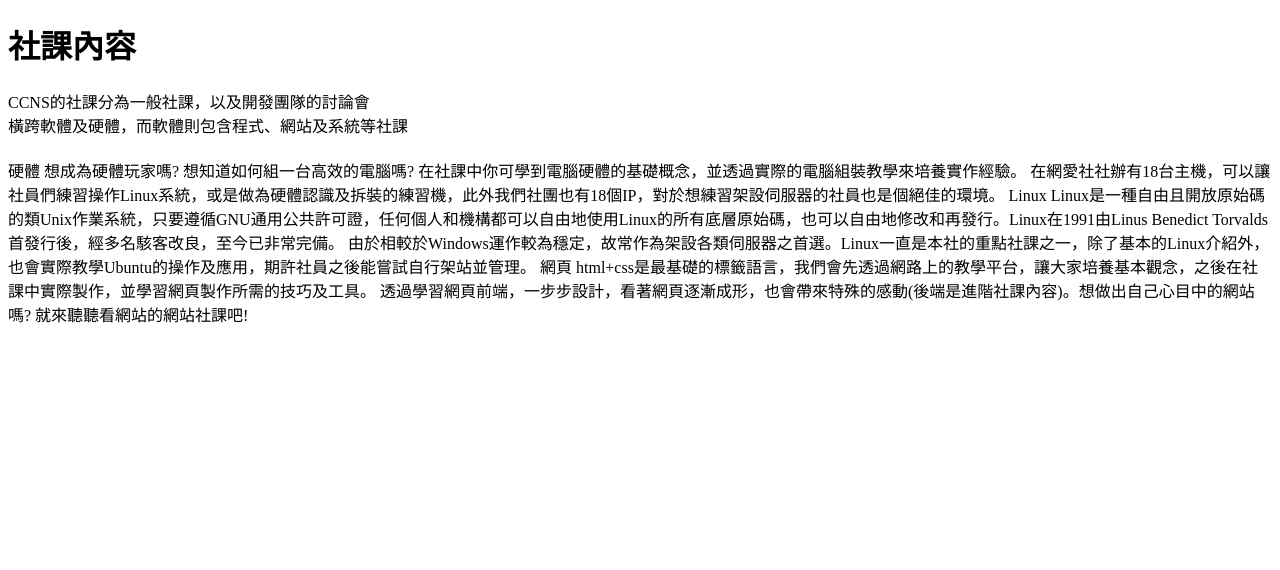
Repository: ccns/ccns_website
Page: classes.html
The author's editor kept a record of every edit. The page is drawn from the files as they stood at one moment, then again after the next edit.
The browser window is 1280 px wide. The pictures show the whole page.

Above is the page before.

### classes.html
<!DOCTYPE html>
<html>
<head>
	<div id="DivClubClassContent">
		<h1>社課內容</h1>
		<p>CCNS的社課分為一般社課，以及開發團隊的討論會<br>
		橫跨軟體及硬體，而軟體則包含程式、網站及系統等社課<br></p>

		<h1程式></h1>
		<p></p>

		<h1></h1>
		<p></p>

		<h1></h1>
		<p></p>

		<h1></h1>
		<p></p>

		<h1></h1>
		<p></p>



硬體

想成為硬體玩家嗎?  想知道如何組一台高效的電腦嗎?  在社課中你可學到電腦硬體的基礎概念，並透過實際的電腦組裝教學來培養實作經驗。
在網愛社社辦有18台主機，可以讓社員們練習操作Linux系統，或是做為硬體認識及拆裝的練習機，此外我們社團也有18個IP，對於想練習架設伺服器的社員也是個絕佳的環境。

Linux
Linux是一種自由且開放原始碼的類Unix作業系統，只要遵循GNU通用公共許可證，任何個人和機構都可以自由地使用Linux的所有底層原始碼，也可以自由地修改和再發行。Linux在1991由Linus Benedict Torvalds首發行後，經多名駭客改良，至今已非常完備。
由於相較於Windows運作較為穩定，故常作為架設各類伺服器之首選。Linux一直是本社的重點社課之一，除了基本的Linux介紹外，也會實際教學Ubuntu的操作及應用，期許社員之後能嘗試自行架站並管理。


網頁

html+css是最基礎的標籤語言，我們會先透過網路上的教學平台，讓大家培養基本觀念，之後在社課中實際製作，並學習網頁製作所需的技巧及工具。  透過學習網頁前端，一步步設計，看著網頁逐漸成形，也會帶來特殊的感動(後端是進階社課內容)。想做出自己心目中的網站嗎? 就來聽聽看網站的網站社課吧!

	</div>

</head>
<body>
</body>
</html>

After the next edit:
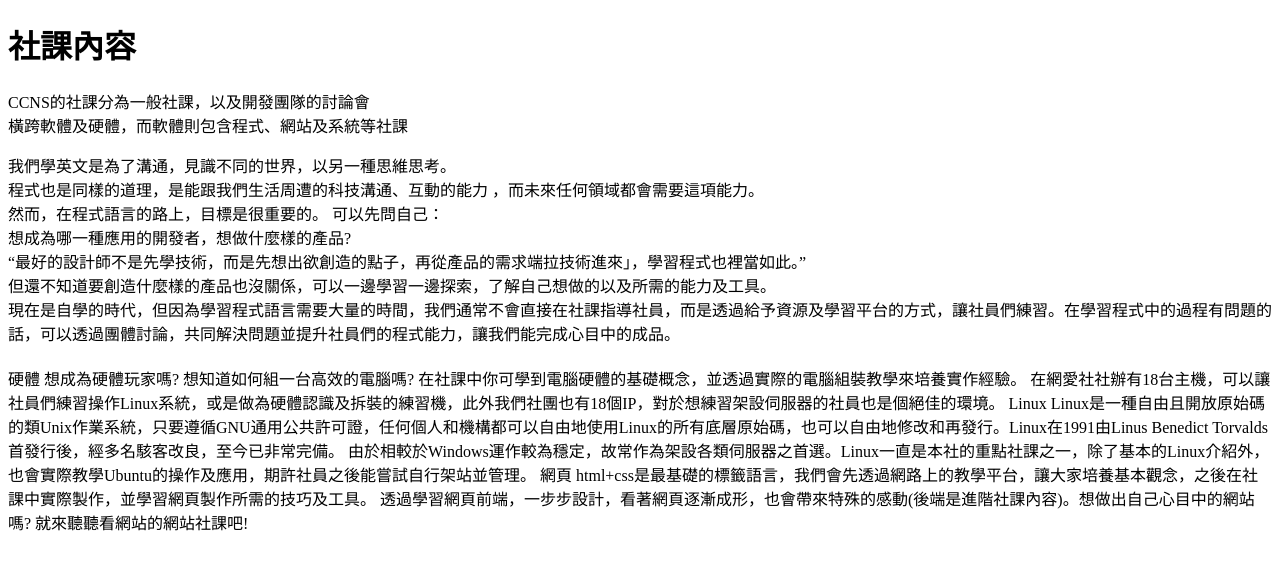
The edit:
--- a/classes.html
+++ b/classes.html
@@ -7,7 +7,14 @@
 		橫跨軟體及硬體，而軟體則包含程式、網站及系統等社課<br></p>
 
 		<h1程式></h1>
-		<p></p>
+		<p>我們學英文是為了溝通，見識不同的世界，以另一種思維思考。
+		<br>程式也是同樣的道理，是能跟我們生活周遭的科技溝通、互動的能力 ，而未來任何領域都會需要這項能力。
+		<br>然而，在程式語言的路上，目標是很重要的。 可以先問自己：
+		<br>想成為哪一種應用的開發者，想做什麼樣的產品?
+		<br>“最好的設計師不是先學技術，而是先想出欲創造的點子，再從產品的需求端拉技術進來」，學習程式也裡當如此。”
+		<br>但還不知道要創造什麼樣的產品也沒關係，可以一邊學習一邊探索，了解自己想做的以及所需的能力及工具。
+		<br>現在是自學的時代，但因為學習程式語言需要大量的時間，我們通常不會直接在社課指導社員，而是透過給予資源及學習平台的方式，讓社員們練習。在學習程式中的過程有問題的話，可以透過團體討論，共同解決問題並提升社員們的程式能力，讓我們能完成心目中的成品。
+		</p>
 
 		<h1></h1>
 		<p></p>
